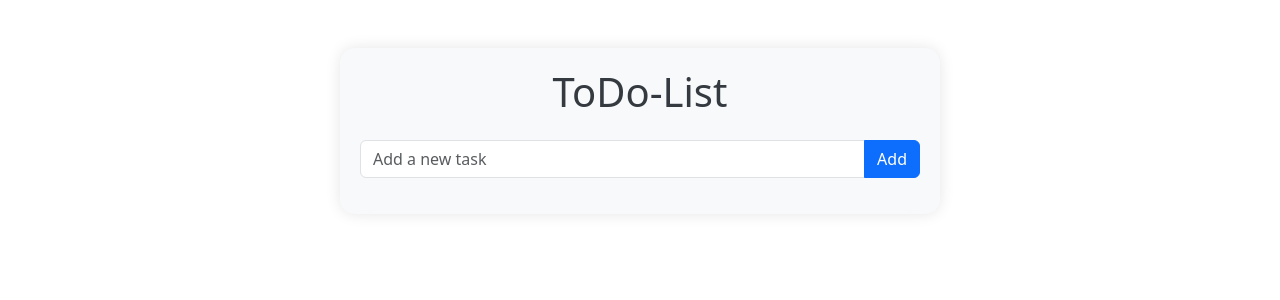
Repository: AkshatKapo/Todolist-React-app
Page: /
An editor plug-in stored every save of this project. The page is shown before and after the next save, followed by the edit.
The browser window is 1280 px wide. The pictures show the whole page.
The project was rebuilt for these pictures with package versions that can differ from the ones it lists, and the page was loaded fresh each time. Also part of the build but not shown: vite.config.js, src/App.css, src/index.css.

Above is the page before, as saved 2024-06-20 15:30:15.

After the next save:
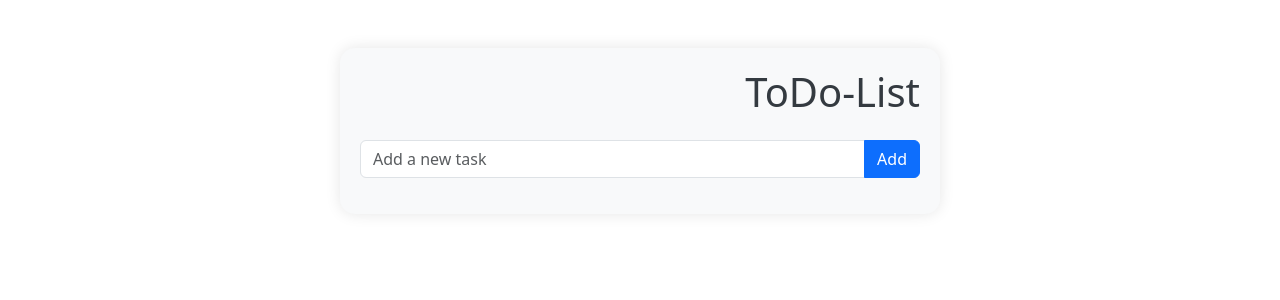
Saved 37 s later.
--- a/src/TodoList.jsx
+++ b/src/TodoList.jsx
@@ -23,7 +23,7 @@ const TodoList = () => {
 
   return (
     <div className="container mt-5">
-      <h1 className="text-center mb-4">ToDo-List</h1>
+      <h1 className=" mb-4">ToDo-List</h1>
 
       <div className="input-group mb-3">
         <input
